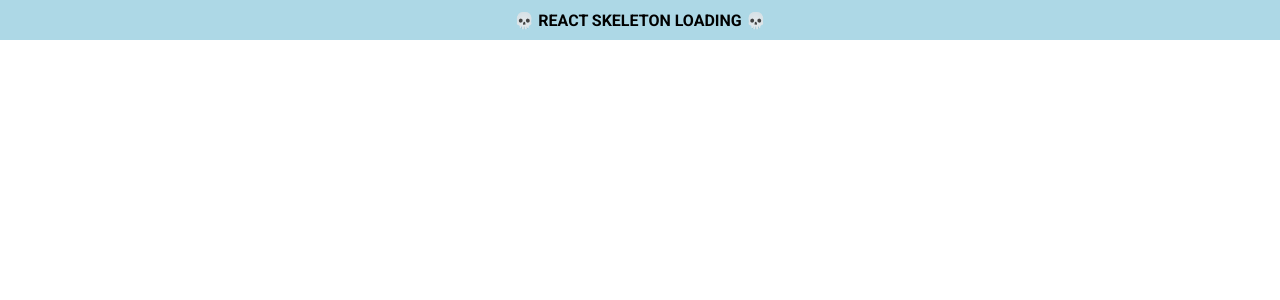
Repository: ethanJones21/React-Skeleton-Loading
Page: /
These files come from the project's save history. The page is drawn as it stood at one moment and after a run of saves; the edit follows.
The browser window is 1280 px wide. The pictures show the whole page.
The project was rebuilt for these pictures with package versions that can differ from the ones it lists, and the page was loaded fresh each time.

Above is the page before, as saved 2020-11-26 02:03:16.

### public/index.html
<!DOCTYPE html>
<html lang="en">
  <head>
    <meta charset="utf-8" />
    <link rel="icon" href="%PUBLIC_URL%/favicon.ico" />
    <meta name="viewport" content="width=device-width, initial-scale=1" />
    <meta name="theme-color" content="#000000" />
    <meta name="description" content="React skeleton loading" />
    <link rel="preconnect" href="https://fonts.gstatic.com" />
    <link
      href="https://fonts.googleapis.com/css2?family=Roboto:wght@100;300;400;500;700;900&display=swap"
      rel="stylesheet"
    />
    <title>React Skeleton</title>
  </head>
  <body>
    <noscript>You need to enable JavaScript to run this app.</noscript>
    <div id="root"></div>
  </body>
</html>

### src/App.js
import './App.css';
import Header from './components/Header';

function App() {
  return (
    <div className="app">
      <Header/>
      <div className="appPosts"></div>
      <div className="appUser"></div>
    </div>
  );
}

export default App;

### src/App.css
*{
    margin: 0;
    font-family: 'Roboto', sans-serif;
}
.app{
    display: flex;
}

### src/components/Header.js
import React from 'react';
import "./Header.css"

const Header = () => {
    return (
        <div className="header">
            <span>💀 REACT SKELETON LOADING 💀 </span>
        </div>
    );
};

export default Header;

### src/components/Header.css
.header{
    display: flex;
    align-items: center;
    justify-content: center;
    height: 40px;
    width: 100%;
    background-color: lightblue;
    font-weight: bold;
}

Loaded but not shown: src/index.js (common file)

After the next 2 saves:
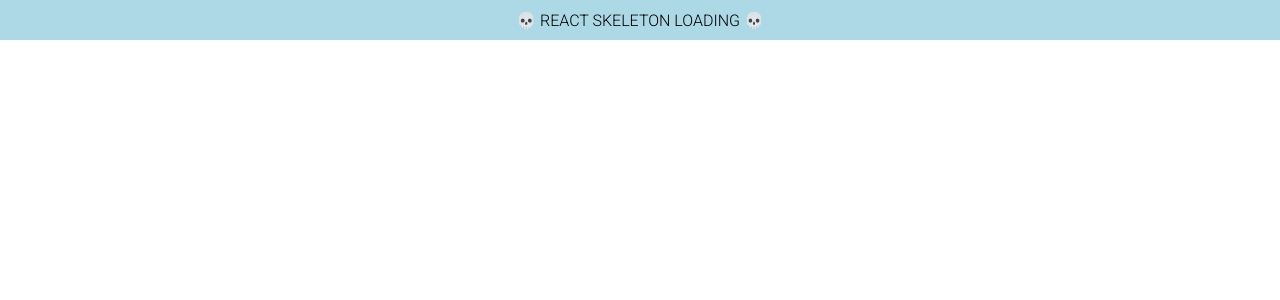
The 2 saves are shown as one change because they came seconds apart.
The last was saved 22 s later.
--- a/src/components/Header.css
+++ b/src/components/Header.css
@@ -5,5 +5,5 @@
     height: 40px;
     width: 100%;
     background-color: lightblue;
-    font-weight: bold;
+    font-weight: 300
 }

After the 3 saves that followed:
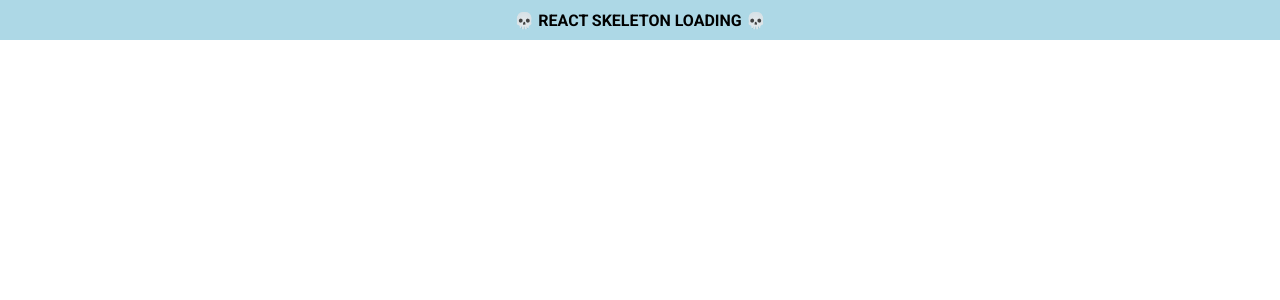
The 3 saves are shown as one change because they came seconds apart.
The last was saved 11 s later.
--- a/src/components/Header.css
+++ b/src/components/Header.css
@@ -5,5 +5,5 @@
     height: 40px;
     width: 100%;
     background-color: lightblue;
-    font-weight: 300
+    font-weight: 600
 }
